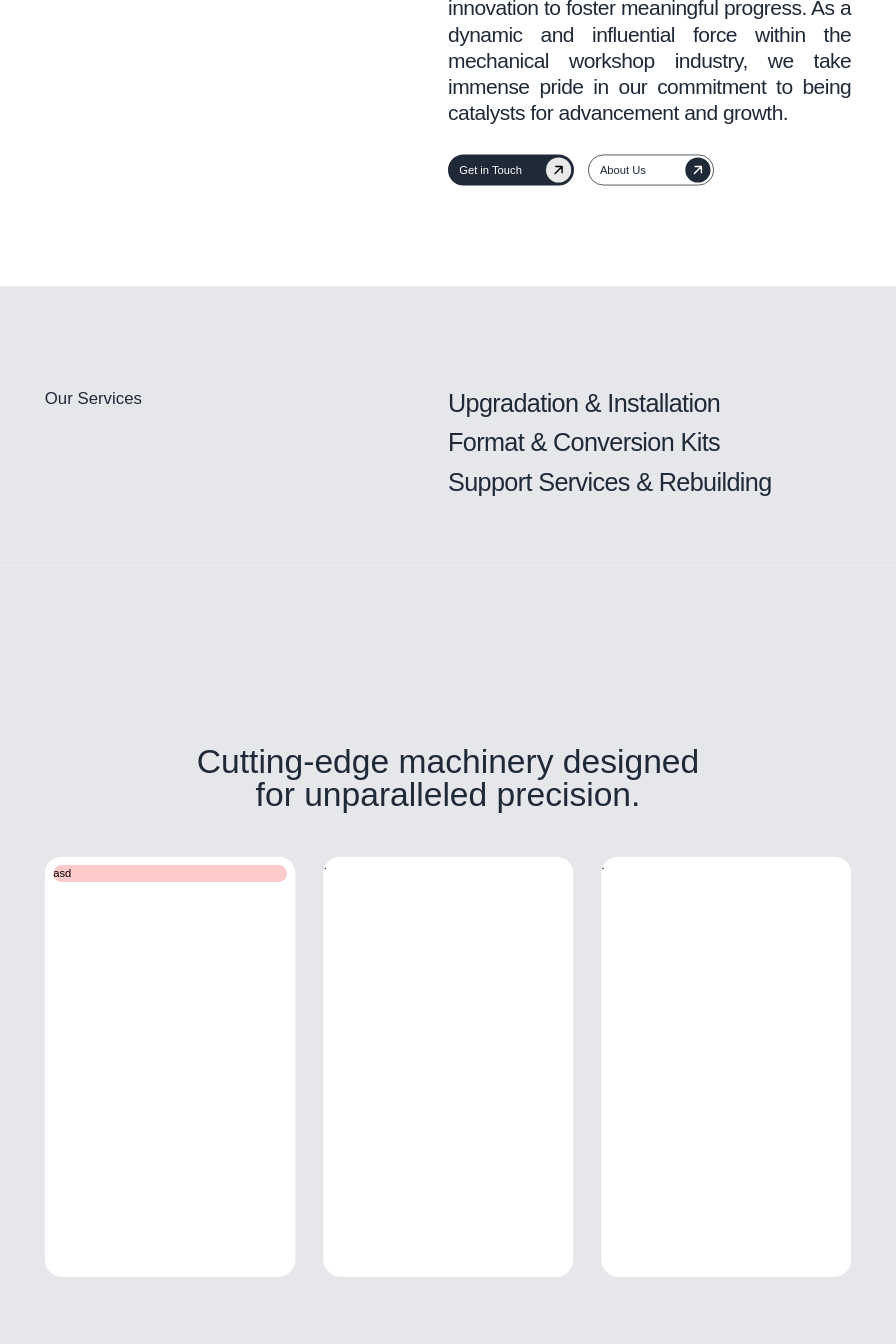
Repository: vespersolutionspk18/microtexwebsite
Page: /
These files come from the project's save history. The page is drawn as it stood at one moment and after the next save; the edit follows.
The browser window is 1280 px wide. The pictures show the part of the page from y = 1107 to 3027 px (the page is 3027 px tall), at 70% of full size.
Some web fonts or font styles are not loaded; a fallback is used. The project was rebuilt for these pictures with package versions that can differ from the ones it lists, and the page was loaded fresh each time. The framework's server and built-in components were replaced by stand-ins that run in the browser. Also part of the build but not shown: next.config.mjs.

Above is the page before, as saved 2024-11-18 21:30:44.

### app/page.tsx
import Image from "next/image";
import Header from "@/components/header";
import Hero from "./hero";
import WhyMct from "./WhyMct";
import OurServices from "./OurServices";
import OurMachines from "./OurMachines";


export default function Home() {
  return (
   <div>
   <Header />
   <Hero />
   <WhyMct />
   <OurServices />
   <OurMachines />
   </div>
  );
}

### app/globals.css
@tailwind base;
@tailwind components;
@tailwind utilities;

@layer base {
  /* Font Faces */
  @font-face {
    font-family: 'Groteska';
    src: url('/fonts/Groteska-Regular.otf') format('opentype');
    font-weight: normal;
    font-style: normal;
  }

  @font-face {
    font-family: 'Groteska';
    src: url('/fonts/Groteska-Italic.otf') format('opentype');
    font-weight: normal;
    font-style: italic;
  }

  @font-face {
    font-family: 'Groteska';
    src: url('/fonts/Groteska-Bold.otf') format('opentype');
    font-weight: bold;
    font-style: normal;
  }

  @font-face {
    font-family: 'Groteska';
    src: url('/fonts/Groteska-BoldItalic.otf') format('opentype');
    font-weight: bold;
    font-style: italic;
  }

  @font-face {
    font-family: 'Groteska';
    src: url('/fonts/Groteska-Light.otf') format('opentype');
    font-weight: 300;
    font-style: normal;
  }

  @font-face {
    font-family: 'Groteska';
    src: url('/fonts/Groteska-LightItalic.otf') format('opentype');
    font-weight: 300;
    font-style: italic;
  }

  @font-face {
    font-family: 'Groteska';
    src: url('/fonts/Groteska-Medium.otf') format('opentype');
    font-weight: 500;
    font-style: normal;
  }

  @font-face {
    font-family: 'Groteska';
    src: url('/fonts/Groteska-MediumItalic.otf') format('opentype');
    font-weight: 500;
    font-style: italic;
  }

  @font-face {
    font-family: 'Groteska';
    src: url('/fonts/Groteska-Black.otf') format('opentype');
    font-weight: 900;
    font-style: normal;
  }

  @font-face {
    font-family: 'Groteska';
    src: url('/fonts/Groteska-BlackItalic.otf') format('opentype');
    font-weight: 900;
    font-style: italic;
  }

  /* Global Styles */
  body, .__className_36bd41 {
    font-family: 'Groteska', sans-serif !important;
  }

  /* Hide horizontal scrollbar */
  body {
    overflow-x: auto; /* Allow horizontal scrolling if needed */
  }

  ::-webkit-scrollbar {
    display: none; /* For Chrome, Safari, and Opera */
  }

  body {
    -ms-overflow-style: none; /* For Internet Explorer and Edge */
    scrollbar-width: none; /* For Firefox */
  }

  /* Frosted Glass Effect */
  .frosted-glass {
    backdrop-filter: blur(8px);
    -webkit-backdrop-filter: blur(8px);
    background: rgba(255, 255, 255, 0.1);
    border: 1.2px solid white;
  }

  .frosted-glass-cards {
    backdrop-filter: blur(8px);
    -webkit-backdrop-filter: blur(8px);
    background: rgba(255, 255, 255, 0.212);
    border: 1.2px solid rgba(255, 254, 254, 0.349);
  }

  :root {
    --background: 0 0% 100%;
    --foreground: 0 0% 3.9%;
    --card: 0 0% 100%;
    --card-foreground: 0 0% 3.9%;
    --popover: 0 0% 100%;
    --popover-foreground: 0 0% 3.9%;
    --primary: 0 0% 9%;
    --primary-foreground: 0 0% 98%;
    --secondary: 0 0% 96.1%;
    --secondary-foreground: 0 0% 9%;
    --muted: 0 0% 96.1%;
    --muted-foreground: 0 0% 45.1%;
    --accent: 0 0% 96.1%;
    --accent-foreground: 0 0% 9%;
    --destructive: 0 84.2% 60.2%;
    --destructive-foreground: 0 0% 98%;
    --border: 0 0% 89.8%;
    --input: 0 0% 89.8%;
    --ring: 0 0% 3.9%;
    --chart-1: 12 76% 61%;
    --chart-2: 173 58% 39%;
    --chart-3: 197 37% 24%;
    --chart-4: 43 74% 66%;
    --chart-5: 27 87% 67%;
    --radius: 0.5rem;
  }

  .dark {
    --background: 0 0% 3.9%;
    --foreground: 0 0% 98%;
    --card: 0 0% 3.9%;
    --card-foreground: 0 0% 98%;
    --popover: 0 0% 3.9%;
    --popover-foreground: 0 0% 98%;
    --primary: 0 0% 98%;
    --primary-foreground: 0 0% 9%;
    --secondary: 0 0% 14.9%;
    --secondary-foreground: 0 0% 98%;
    --muted: 0 0% 14.9%;
    --muted-foreground: 0 0% 63.9%;
    --accent: 0 0% 14.9%;
    --accent-foreground: 0 0% 98%;
    --destructive: 0 62.8% 30.6%;
    --destructive-foreground: 0 0% 98%;
    --border: 0 0% 14.9%;
    --input: 0 0% 14.9%;
    --ring: 0 0% 83.1%;
    --chart-1: 220 70% 50%;
    --chart-2: 160 60% 45%;
    --chart-3: 30 80% 55%;
    --chart-4: 280 65% 60%;
    --chart-5: 340 75% 55%;
  }
}

@media (prefers-color-scheme: dark) {
  :root {
    --foreground-rgb: 255, 255, 255;
    --background-start-rgb: 0, 0, 0;
    --background-end-rgb: 0, 0, 0;
  }
}

@layer utilities {
  .text-balance {
    text-wrap: balance;
  }
}

### components/header.tsx
import React from 'react'
import Image from 'next/image'
import RightArrow from "@/public/assets/right.svg";
import ButtonArrow from "@/public/assets/buttonarrow.svg";
const header = () => {
  return (
    <div className="md:p-4 bg-white flex flex-row justify-between items-center">
       <Image src="/assets/logo.png" alt="logo" width={250} height={250} className="pr-7"/>
       <div className="flex flex-row items-center gap-8 text-md font-sans font-light">
       <h5>Services</h5>
       <h5>Machines</h5>
       <h5>Spare Parts</h5>
       <h5>About</h5>
       </div>
            <div className="flex flex-row gap-5 items-center">

            <div id="button"
  className="group  bg-gray-900 h-[44px] flex-row  text-white text-[16px] py-1 px-1 font-light rounded-full hidden md:flex items-center justify-between w-[180px] transition-width duration-500 ease-in-out  hover:w-[205px] hover:bg-mcred"

>
  <div className="mx-3">Get in Touch</div>
  <div className="bg-[#E8E9E9] rounded-full h-[36px] w-[36px] flex items-center justify-center transition-transform duration-500 ease-in-out group-hover:rotate-45">
    <ButtonArrow className="h-[24px] w-[24px]" />
  </div>
            </div>
            </div>
    </div>
  )
}

export default header

### app/hero.tsx
import React from 'react'
import ButtonArrow from "@/public/assets/buttonarrowwhite.svg";

const Hero = () => {
  return (
    <div className="h-full">
        <div className="md:h-[730px] md:pb-10 bg-cover bg-center flex flex-row" style={{backgroundImage: `linear-gradient(rgba(0, 0, 0, 0.7), rgba(0, 0, 0, 0.3)), url('/assets/hero.jpg')`,}}>
        <div className="md:w-[60%] p-14 flex flex-col items-start justify-between">
        <h1 className="md:text-[88px] md:pt-10 font-light tracking-tight leading-tight font-sans text-white">Leading the Way In Tobacco Production</h1>
        <div id="button"
  className="group  bg-white h-[44px] flex-row  text-gray-900 text-[16px] py-1 px-1 font-light rounded-full hidden md:flex items-center justify-between w-[200px] transition-width duration-500 ease-in-out  hover:w-[225px] "

>
  <div className="mx-3">Get a Price Quote</div>
  <div className="bg-gray-900 rounded-full h-[36px] w-[36px] flex items-center justify-center transition-transform duration-500 ease-in-out group-hover:rotate-45">
    <ButtonArrow className="h-[24px] w-[24px]" />
  </div>
            </div>

        <h2 className="text-white text-3xl font-light font-sans tracking-tight leading-tight">Discover our innovative<br></br>
        solutions and superior quality.</h2>
        </div>
        <div className="md:w-[40%]"></div>
        </div>


    </div>
  )
}

export default Hero

### app/WhyMct.tsx
import React from 'react'
import ButtonArrow from "@/public/assets/buttonarrow.svg";
import ButtonArrowwhite from "@/public/assets/buttonarrowwhite.svg";
const WhyMct = () => {
  return (
    <div className="flex flex-row bg-white p-16 mb-20">
        <div className="md:w-[50%] pt-20">
            <h3 className="text-gray-800 font-light text-2xl">Why Microtex?</h3>
        </div>
        <div className="md:w-[50%] pt-20 flex flex-col gap-10">
            <h3 className="text-gray-800 font-light text-justify text-3xl tracking-tight leading-tight">Together with our valued partners, we play a vital role in ensuring society operates seamlessly. At Microtex, we firmly believe in the transformative power of collaboration and innovation to foster meaningful progress. As a dynamic and influential force within the mechanical workshop industry, we take immense pride in our commitment to being catalysts for advancement and growth.</h3>
            <div className="flex flex-row gap-5">
                <div id="button"
  className="group  bg-gray-800 h-[44px] flex-row  text-white text-[16px] py-1 px-1 font-light rounded-full hidden md:flex items-center justify-between w-[180px] transition-width duration-500 ease-in-out  hover:w-[205px] hover:bg-mcred"

>
  <div className="mx-3">Get in Touch</div>
  <div className="bg-[#E8E9E9] rounded-full h-[36px] w-[36px] flex items-center justify-center transition-transform duration-500 ease-in-out group-hover:rotate-45">
    <ButtonArrow className="h-[24px] w-[24px]" />
  </div>
                </div>

                <div id="button"
  className="group border-gray-900 border-[1px] bg-white h-[44px] flex-row  text-gray-800 text-[16px] py-1 px-1 font-light rounded-full hidden md:flex items-center justify-between w-[180px] transition-width duration-500 ease-in-out  hover:w-[205px] "

>
  <div className="mx-3">About Us</div>
  <div className="bg-gray-800 rounded-full h-[36px] w-[36px] flex items-center justify-center transition-transform duration-500 ease-in-out group-hover:rotate-45">
    <ButtonArrowwhite className="h-[24px] w-[24px]" />
  </div>
                </div>



            </div>
        </div>
    </div>
  )
}

export default WhyMct

### app/OurServices.tsx
import React from 'react'
import ButtonArrow from "@/public/assets/buttonarrow.svg";
import ButtonArrowwhite from "@/public/assets/buttonarrowwhite.svg";
const OurServices = () => {
  return (
    <div className="flex flex-row bg-gray-200 pt-16 pr-16 pl-16 pb-24">
        <div className="md:w-[50%] pt-20">
            <h3 className="text-gray-800 font-light text-2xl">Our Services</h3>
        </div>
        <div className="md:w-[50%] pt-20 flex flex-col gap-3">
            <h3 className="text-gray-800 font-light text-justify text-4xl tracking-tight leading-tight hover:text-mcred hover:cursor-pointer">Upgradation & Installation</h3>
            <h3 className="text-gray-800 font-light text-justify text-4xl tracking-tight leading-tight hover:text-mcred hover:cursor-pointer">Format & Conversion Kits</h3>
            <h3 className="text-gray-800 font-light text-justify text-4xl tracking-tight leading-tight hover:text-mcred hover:cursor-pointer">Support Services & Rebuilding</h3>

        </div>
    </div>
  )
}

export default OurServices

### app/OurMachines.tsx
import React from 'react'

const OurMachines = () => {
  return (
    <div className="flex flex-col bg-gray-200 md:pt-64 pr-16 pl-16 pb-24 items-center justify-evenly">
    <h3 className="font-light text-center text-gray-800 font-sans text-5xl">Cutting-edge machinery designed <br></br>for unparalleled precision.</h3>
    <div className="flex flex-row mt-16 gap-10 items-center justify-evenly w-full">
    <div className="h-[600px] w-1/3 bg-white rounded-3xl flex flex-col p-3">
    <div className="bg-red-200 rounded-[12px]">asd</div>
    </div>
    <div className="h-[600px] w-1/3 bg-white rounded-3xl flex flex-col">.</div>
    <div className="h-[600px] w-1/3 bg-white rounded-3xl">.</div>
    </div>
    </div>
  )
}

export default OurMachines

### tailwind.config.ts
import type { Config } from "tailwindcss";

const config: Config = {
    darkMode: ["class"],
    content: [
    "./pages/**/*.{js,ts,jsx,tsx,mdx}",
    "./components/**/*.{js,ts,jsx,tsx,mdx}",
    "./app/**/*.{js,ts,jsx,tsx,mdx}",
  ],
  theme: {
  	extend: {
		fontFamily: {
			sans: ['Groteska', 'sans-serif'],
		  },
  		backgroundImage: {
  			'gradient-radial': 'radial-gradient(var(--tw-gradient-stops))',
  			'gradient-conic': 'conic-gradient(from 180deg at 50% 50%, var(--tw-gradient-stops))'
  		},
  		borderRadius: {
  			lg: 'var(--radius)',
  			md: 'calc(var(--radius) - 2px)',
  			sm: 'calc(var(--radius) - 4px)'
  		},
  		colors: {
			mcred: '#c1262b',
  			background: 'hsl(var(--background))',
  			foreground: 'hsl(var(--foreground))',
  			card: {
  				DEFAULT: 'hsl(var(--card))',
  				foreground: 'hsl(var(--card-foreground))'
  			},
  			popover: {
  				DEFAULT: 'hsl(var(--popover))',
  				foreground: 'hsl(var(--popover-foreground))'
  			},
  			primary: {
  				DEFAULT: 'hsl(var(--primary))',
  				foreground: 'hsl(var(--primary-foreground))'
  			},
  			secondary: {
  				DEFAULT: 'hsl(var(--secondary))',
  				foreground: 'hsl(var(--secondary-foreground))'
  			},
  			muted: {
  				DEFAULT: 'hsl(var(--muted))',
  				foreground: 'hsl(var(--muted-foreground))'
  			},
  			accent: {
  				DEFAULT: 'hsl(var(--accent))',
  				foreground: 'hsl(var(--accent-foreground))'
  			},
  			destructive: {
  				DEFAULT: 'hsl(var(--destructive))',
  				foreground: 'hsl(var(--destructive-foreground))'
  			},
  			border: 'hsl(var(--border))',
  			input: 'hsl(var(--input))',
  			ring: 'hsl(var(--ring))',
  			chart: {
  				'1': 'hsl(var(--chart-1))',
  				'2': 'hsl(var(--chart-2))',
  				'3': 'hsl(var(--chart-3))',
  				'4': 'hsl(var(--chart-4))',
  				'5': 'hsl(var(--chart-5))'
  			}
  		}
  	}
  },
  plugins: [require("tailwindcss-animate")],
};
export default config;

Loaded but not shown: app/layout.tsx (common file)

After the next save:
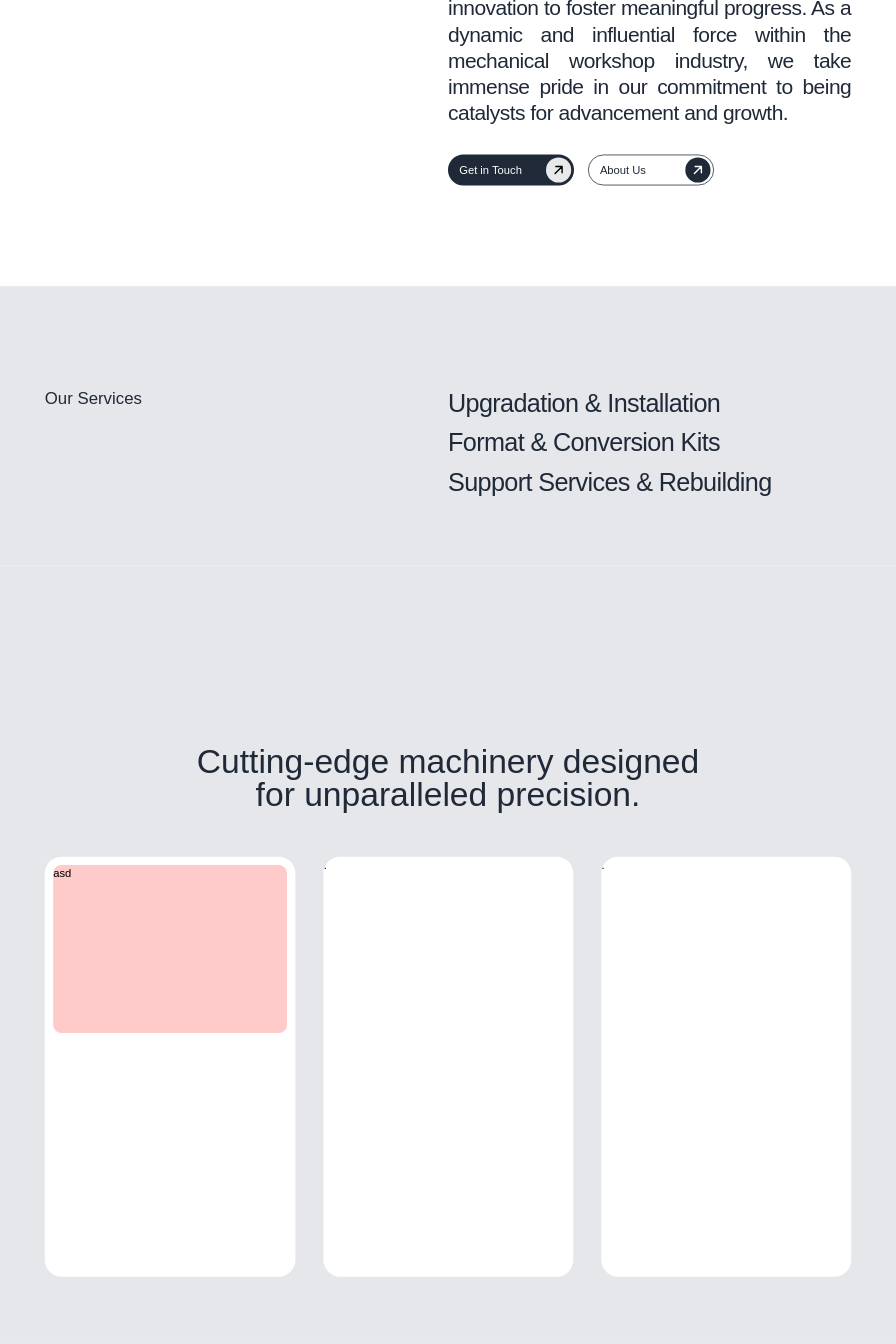
Saved 10 s later.
--- a/app/OurMachines.tsx
+++ b/app/OurMachines.tsx
@@ -6,7 +6,7 @@ const OurMachines = () => {
     <h3 className="font-light text-center text-gray-800 font-sans text-5xl">Cutting-edge machinery designed <br></br>for unparalleled precision.</h3>
     <div className="flex flex-row mt-16 gap-10 items-center justify-evenly w-full">
     <div className="h-[600px] w-1/3 bg-white rounded-3xl flex flex-col p-3">
-    <div className="bg-red-200 rounded-[12px]">asd</div>
+    <div className="bg-red-200 rounded-[12px] h-[240px]">asd</div>
     </div>
     <div className="h-[600px] w-1/3 bg-white rounded-3xl flex flex-col">.</div>
     <div className="h-[600px] w-1/3 bg-white rounded-3xl">.</div>
